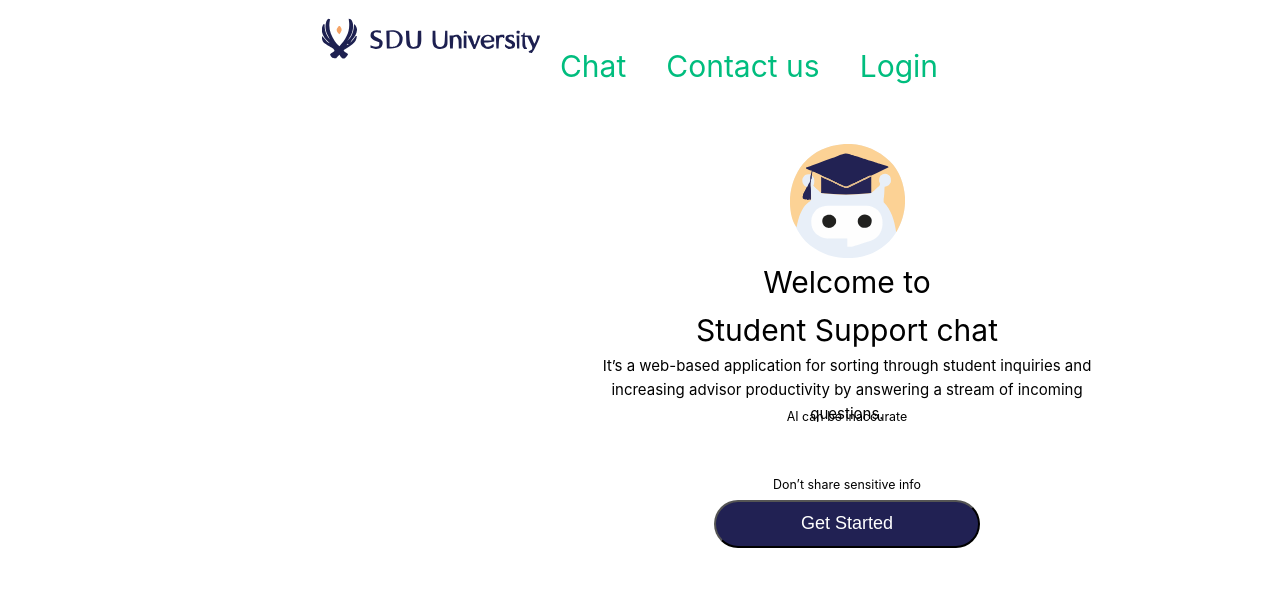
Repository: tolepbekova/Community_v.l
Page: /home
An editor plug-in stored every save of this project. The page is shown before and after the next save, followed by the edit.
The browser window is 1280 px wide. The pictures show the whole page.
The project was rebuilt for these pictures with package versions that can differ from the ones it lists, and the page was loaded fresh each time. Also part of the build but not shown: vite.config.js, src/components/HelloWorld.vue, src/views/Login.vue. Imported but missing from the stored project, and not drawn on this page: src/views/Change.vue.

Above is the page before, as saved 2024-05-10 06:56:14.

### src/App.vue
<script setup>
import HelloWorld from './components/HelloWorld.vue'
import router from './router/index.js'
import './assets/base.css'
</script>

<template>
    <div id="app">
        <v-app id="header">
            <v-card color="grey lighten-4" flat height="100px" tile>
                <v-toolbar dense>

                  <router-link   to="/home"> <img class="logo" src="../src/assets/logo/log.svg"></router-link>

                    <v-spacer></v-spacer>

                    <span><router-link to="/getstart">Chat</router-link></span>
                        <span><router-link to="/contact">Contact us</router-link></span>
                        <span><router-link to="/auth">Login</router-link></span>


                </v-toolbar>
            </v-card>
        </v-app>
         <router-view />
    </div>

</template>

<style>
#app {
    display: flex;

}

#header {
    display: flex;
    width: 100%;
    flex-direction: column;
    align-items: center;
    justify-content: space-between;
    position: fixed;
    margin-left: 0px;
    margin-right: 0px;
    margin-top: 0px;
}

#header img {
    width: 218px;
    height: 77px;
}

#navbar {
    display: flex;
    align-items: center;
    justify-content: center;
}
span  {
    list-style: none;
    padding: 0 20px;
    text-decoration: none;
    font-size: 30px;
    color: rgba(33, 33, 83, 1);
    transition: 0.3s ease;
}

#navbar li :hover {
    color: rgb(237, 237, 167);
}
</style>

### src/router/index.js
import Vue from 'vue'
import VueRouter from 'vue-router'
import Login from '../views/Login.vue'

Vue.use(VueRouter)

const router = new VueRouter({
  mode: 'history',
  base: import.meta.env.BASE_URL,
  routes: [
    {
      path: '/login',
      name: 'login',
      component: Login
    },
    {
      path: '/getstart',
      name: 'getstart',
      // route level code-splitting
      // this generates a separate chunk (About.[hash].js) for this route
      // which is lazy-loaded when the route is visited.
      component: () => import('../views/AboutView.vue')
    },
    {
      path: '/home',
      name: 'home',
      // route level code-splitting
      // this generates a separate chunk (About.[hash].js) for this route
      // which is lazy-loaded when the route is visited.
      component: () => import('../views/About.vue')
    },
    {
      path: '/sign',
      name: 'signin',
      component: () => import('../views/Signin.vue')
    },
    {
      path: '/contact',
      name: 'contact',
      component: () => import('../views/Contact.vue')
    },
    {
      path: '/auth',
      name: 'auth',
      component: () => import('../views/Auth.vue')
    },
    {
      path: '/change',
      name: 'change',
      component: () => import('../views/Change.vue')
    },

  ]
})

export default router

### src/assets/main.css
@import "./base.css";

#app {

  font-weight: normal;
}

a,
.green {
  text-decoration: none;
  color: hsla(160, 100%, 37%, 1);
  transition: 0.4s;
}

@media (hover: hover) {
  a:hover {
    background-color: hsla(160, 100%, 37%, 0.2);
  }
}

@media (min-width: 1024px) {
  body {
    display: flex;
    place-items: center;
  }

  #app {
    display: grid;
    grid-template-columns: 1fr 1fr;
    padding: 0 2rem;
  }
}

### src/assets/base.css
/* color palette from <https://github.com/vuejs/theme> */
:root {
  --vt-c-white: #ffffff;
  --vt-c-white-soft: #f8f8f8;
  --vt-c-white-mute: #f2f2f2;

  --vt-c-black: #181818;
  --vt-c-black-soft: #222222;
  --vt-c-black-mute: #282828;

  --vt-c-indigo: #2c3e50;

  --vt-c-divider-light-1: rgba(60, 60, 60, 0.29);
  --vt-c-divider-light-2: rgba(60, 60, 60, 0.12);
  --vt-c-divider-dadarkrk-1: rgba(84, 84, 84, 0.65);
  --vt-c-divider-dark-2: rgba(84, 84, 84, 0.48);

  --vt-c-text-light-1: var(--vt-c-indigo);
  --vt-c-text-light-2: rgba(60, 60, 60, 0.66);
  --vt-c-text-dark-1: var(--vt-c-white);
  --vt-c-text-dark-2: rgba(235, 235, 235, 0.64);
}

/* semantic color variables for this project */
:root {
  --color-background: var(--vt-c-white);
  --color-background-soft: var(--vt-c-white-soft);
  --color-background-mute: var(--vt-c-white-mute);

  --color-border: var(--vt-c-divider-light-2);
  --color-border-hover: var(--vt-c-divider-light-1);

  --color-heading: var(--vt-c-text-light-1);
  --color-text: var(--vt-c-text-light-1);

  --section-gap: 160px;
}

@media (prefers-color-scheme: dark) {
  :root {
    --color-background: var(--vt-c-black);
    --color-background-soft: var(--vt-c-black-soft);
    --color-background-mute: var(--vt-c-black-mute);

    --color-border: var(--vt-c-divider-dark-2);
    --color-border-hover: var(--vt-c-divider-dark-1);

    --color-heading: var(--vt-c-text-dark-1);
    --color-text: var(--vt-c-text-dark-2);
  }
}

*,
*::before,
*::after {
  box-sizing: border-box;
  margin: 0;
  position: relative;
  font-weight: normal;
}
html{
  padding: 0;
  margin: 0;
}
body {
  min-height: 10vh;
  padding: 0;
  margin: 0;
  transition: color 0.5s, background-color 0.5s;
  line-height: 1.6;
  font-family: Inter, -apple-system, BlinkMacSystemFont, 'Segoe UI', Roboto, Oxygen, Ubuntu,
    Cantarell, 'Fira Sans', 'Droid Sans', 'Helvetica Neue', sans-serif;
  font-size: 15px;
  text-rendering: optimizeLegibility;
  -webkit-font-smoothing: antialiased;
  -moz-osx-font-smoothing: grayscale;
}

### src/views/About.vue
<template>
  <div>
    <!-- <section id="header">
      <a href="about.html"><img class="logo" src="../assets/logo/log.svg"></a>
      <div class="navbar">
        <ul id="navbar">
          <li><a href="getstart.html">Chat</a></li>
          <li><a href="contact.html">Contact us</a></li>
          <li><a href="login.html">Log in</a></li>
        </ul>
      </div>
    </section> -->

    <br><br>

<br><br>
    <div class="abcolumn">
      <br><br>
      <img src="../assets/logo/finalicon13_1.svg" alt="">

      <h1>Welcome to <br>Student Support chat</h1>

      <div class="abp">
        <p>It’s a web-based application for sorting through student inquiries and increasing advisor productivity by
          answering a stream of incoming questions.</p>
      </div>
      <div class="ai">
        <div class="column">
          <!-- <img src="C:\Users\LENOVO\Downloads\icons\Artificial Intelligence.png" class="icon"> -->
        </div>
        <div class="column">
          <h5>AI can be inaccurate</h5>
          <br><br>
          <h5>Don’t share sensitive info</h5>

        </div>
      </div>


      <br>
      <router-link to="login"><button class="abbtn1">Get Started</button></router-link>
      <br><br><br>
    </div>
  </div>
</template>

<script>
export default {

};
</script>

<style scoped>
#header {
  display: flex;
  align-items: center;
  justify-content: space-around;
  padding: 20px 80px;
}

#header img {
  width: 218px;
  height: 77px;
}

#navbar {
  display: flex;
  align-items: center;
  justify-content: center;
}

#navbar li {
  list-style: none;
  padding: 0 20px;
}

#navbar li a {
  text-decoration: none;
  font-size: 30px;
  color: rgba(33, 33, 83, 1);
  transition: 0.3s ease;
}

#navnar li a:hover {
  color: rgb(237, 237, 167);
}

.abcolumn {
  margin: auto;
  display: grid;
  place-items: center;
  text-align: center;
  margin-left: 550px;
}

.abbtn1 {
  margin: 0 auto;
  display: block;
  width: 266px;
  height: 48px;
  border-radius: 25px;
  color: #ffffff;
  background-color: rgba(33, 33, 83, 1);
  font-size: 18px;
}

img {
  width: 115px;
}

.abp {
  margin: 0 auto;
  display: block;
  width: 530px;
  text-align: center;
}

.icon {
  width: auto;
  height: auto;
}

.ai {
  display: flex;
  align-items: center;
  justify-content: center;
  height: 50px;
  justify-self: space;
}

.ai1 {
  display: flex;
  align-items: center;
  justify-content: center;
  height: 50px;
}

@media (max-width: 1200px) {
  .abcolumn {
    width: 90%;
  }

  .abp {
    width: 70%;
  }

  .icon {
    width: 80px;
  }

  .abbtn1 {
    width: 200px;
  }
}

@media (max-width: 768px) {
  .abcolumn {
    width: 70%;
  }

  .abp {
    width: 90%;
  }

  .icon {
    width: 60px;
  }

  .abbtn1 {
    width: 150px;
  }

  #navbar li a {
    font-size: 20px;
  }
}

@media (max-width: 600px) {
  .abcolumn {
    width: 50%;
  }

  .abp {
    width: 100%;
  }

  .icon {
    width: 50px;
  }

  .abbtn1 {
    width: 120px;
  }

  #navbar li a {
    font-size: 16px;
  }
}
</style>

Loaded but not shown: index.html (common file); src/main.js (common file)

After the next save:
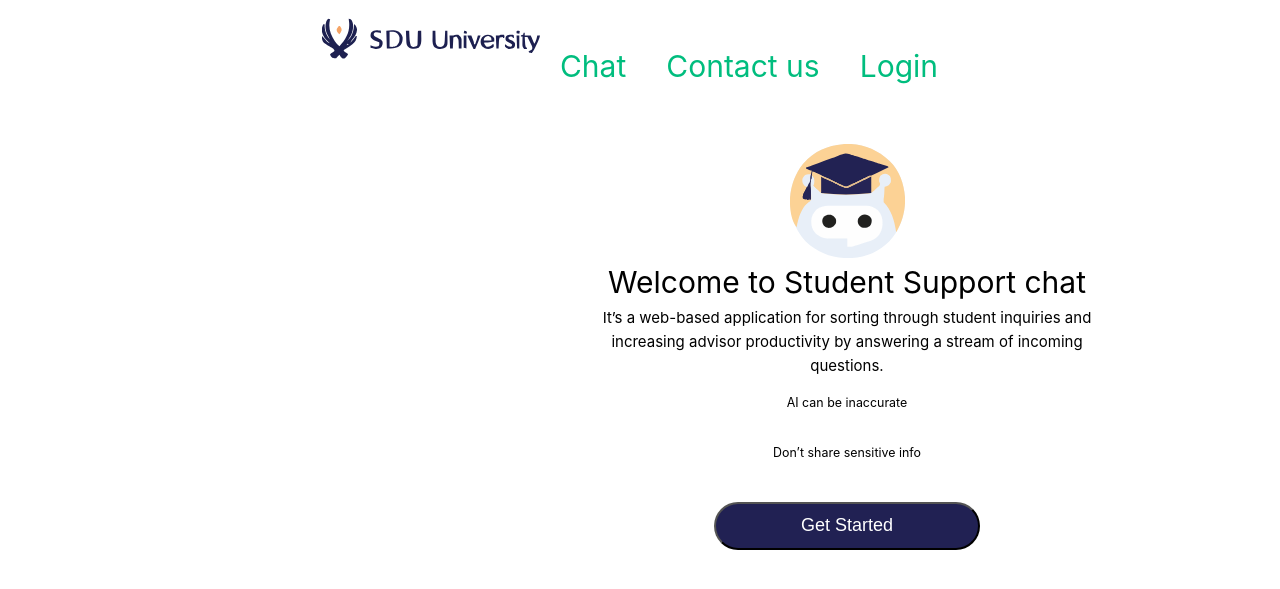
Saved 100 s later.
--- a/src/views/About.vue
+++ b/src/views/About.vue
@@ -10,7 +10,6 @@
         </ul>
       </div>
     </section> -->
-
     <br><br>
 
 <br><br>
@@ -18,7 +17,7 @@
       <br><br>
       <img src="../assets/logo/finalicon13_1.svg" alt="">
 
-      <h1>Welcome to <br>Student Support chat</h1>
+      <h1>Welcome to Student Support chat</h1>
 
       <div class="abp">
         <p>It’s a web-based application for sorting through student inquiries and increasing advisor productivity by
@@ -30,12 +29,17 @@
         </div>
         <div class="column">
           <h5>AI can be inaccurate</h5>
-          <br><br>
+
+        </div>
+      </div>
+      <div class="ai1">
+        <div class="column">
+          <!-- <img src="C:\Users\LENOVO\Downloads\icons\Secure.png" class="icon"> -->
+        </div>
+        <div class="column">
           <h5>Don’t share sensitive info</h5>
-
-        </div>
-      </div>
-
+        </div>
+      </div>
 
       <br>
       <router-link to="login"><button class="abbtn1">Get Started</button></router-link>
